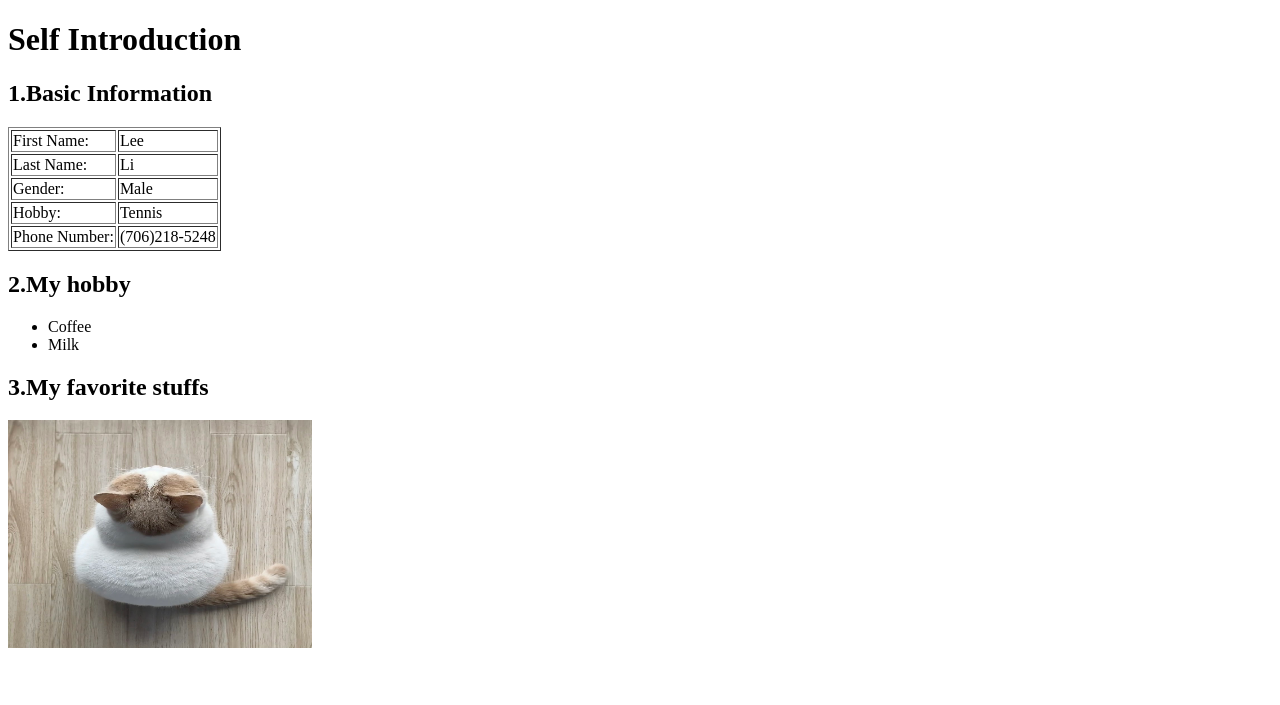
Repository: RigelLM/Java-Learning
Page: HomePage/public/Index.html
The author's editor kept a copy of each file at every save. The page is drawn from the files as they stood at one save, then again after the next save.
The browser window is 1280 px wide. The pictures show the whole page.

Above is the page before, as saved 2023-01-17 17:12:38.

### HomePage/public/Index.html
<?xml version="1.0" encoding="UTF-8" ?>
<!DOCTYPE html PUBLIC "-//W3C//DTD XHTML 1.0 Strict//EN" "http://www.w3.org/TR/xhtml1/DTD/xhtml1-strict.dtd">
<html xmlns="http://www.w3.org/1999/xhtml">
<head>
<meta http-equiv="Content-Type" content="text/html; charset=UTF-8" />



<title>Personal Information</title>
</head>
<body>
<h1>Self Introduction</h1>
<h2>1.Basic Information</h2>
<table border="1">
    <tr>
        <td>First Name:</td><td>Lee</td>
    </tr>
    <tr>
        <td>Last Name:</td><td>Li</td>
    </tr>
    <tr>
        <td>Gender:</td><td>Male</td>
    </tr>
    <tr>
        <td>Hobby:</td><td>Tennis</td>
    </tr>
    <tr>
        <td>Phone Number:</td><td>(706)218-5248</td>
    </tr>
</table>
<h2>2.My hobby</h2>
<ul>
<li>Coffee</li>
<li>Milk</li>
</ul>
<h2>3.My favorite stuffs</h2>
<img src="cat.jpg" alt="My Cat" width="304" height="228">
</body>
</html>

After the next save:
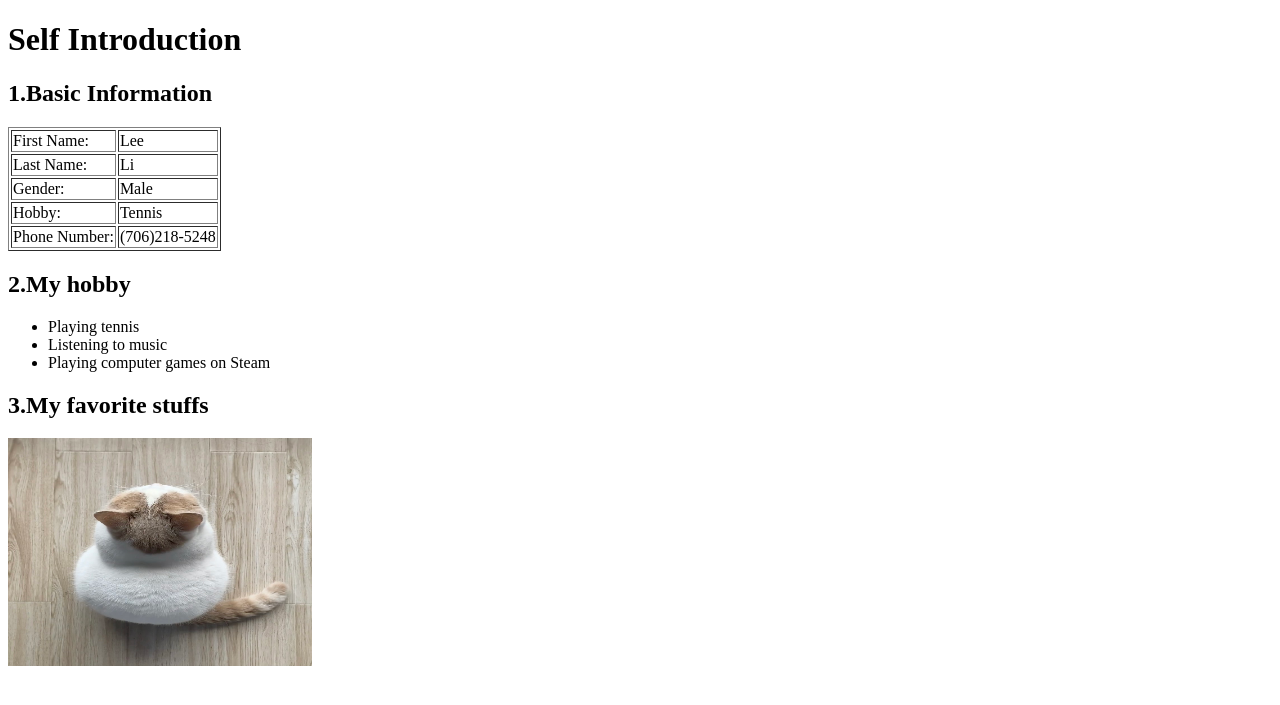
Saved 46 s later.
--- a/HomePage/public/Index.html
+++ b/HomePage/public/Index.html
@@ -30,8 +30,9 @@
 </table>
 <h2>2.My hobby</h2>
 <ul>
-<li>Coffee</li>
-<li>Milk</li>
+<li>Playing tennis</li>
+<li>Listening to music</li>
+<li>Playing computer games on Steam</li>
 </ul>
 <h2>3.My favorite stuffs</h2>
 <img src="cat.jpg" alt="My Cat" width="304" height="228">
